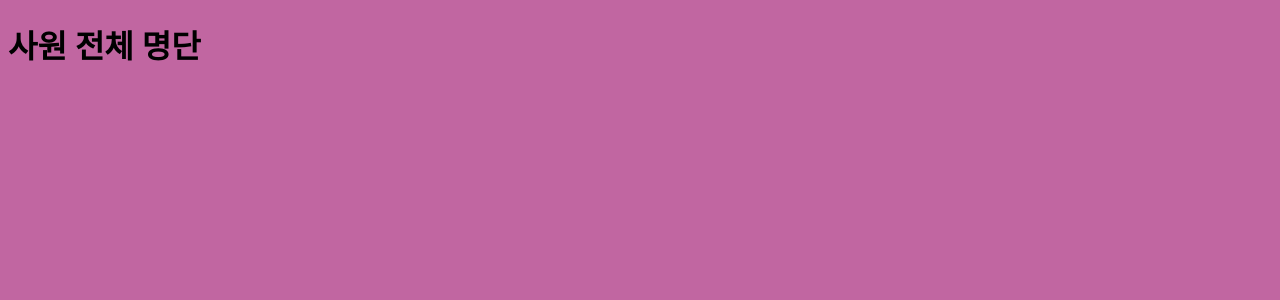
Repository: violetaplum/eclipseJSP
Page: http://localhost/JSP/jsp_DB/db_test.jsp
These files come from the project's save history. The page is drawn as it stood at one moment and after the next save; the edit follows.
The browser window is 1280 px wide. The pictures show the whole page.
The page is served by Tomcat 9. Queries for data that is not in the repository find no rows.

Above is the page before, as saved 2019-06-11 11:11:57.

After the next save:
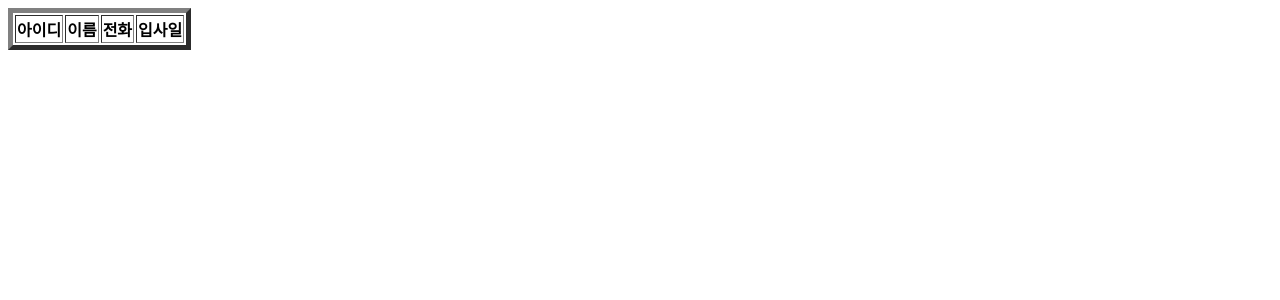
Saved 94 s later.
--- a/JSP/WebContent/jsp_DB/db_test.jsp
+++ b/JSP/WebContent/jsp_DB/db_test.jsp
@@ -1,60 +1,47 @@
+<%@page import="java.sql.Statement"%>
+<%@page import="java.sql.ResultSet"%>
+<%@page import="java.sql.Connection"%>
+<%@page import="java.sql.DriverManager"%>
 <%@ page language="java" contentType="text/html; charset=UTF-8"
     pageEncoding="UTF-8"%>
-<%@ page import="java.sql.Connection"%>
-<%@ page import="java.sql.DriverManager"%>
-<%@ page import="java.sql.ResultSet"%>
-<%@ page import="java.sql.Statement"%>
-
 <!DOCTYPE html>
 <html>
 <head>
-<meta http-equiv="Content-Type" content="text/html; charset=UTF-8">
-  <style>
-  body
-  {
-    background: #c166a1;
-    align:center;
-  }
-  </style>
+<meta http-equiv="Content-Type" charset="UTF-8">
+<title>Insert title here</title>
+<style>
+body{
+text-align:center;
+}
+
+</style>
 </head>
 <body>
-  <%
-  // CRUD ------> R
-    Class.forName("oracle.jdbc.driver.OracleDriver"); //드라이버 로딩
-    String url="jdbc:oracle:thin:@localhost:1521:xe";
-    String user = "hr";
-    String password = "hr";
-    Connection conn = DriverManager.getConnection(url,user,password); //stmt객체:문장관렬객체
-    Statement stmt1 = conn.createStatement();//접속객체=문장객체
+<%
+Class.forName("oracle.jdbc.driver.OracleDriver");//드라이버 로딩
+Connection con1=DriverManager.getConnection("jdbc:oracle:thin:@localhost:1521:xe","hr","hr");//접속객체 명
+Statement stmt1=con1.createStatement();//stmt1객체: 문장관련객체, 	접속객체=문장객체
+ResultSet rs1;
 
-    //select* from employees; //employees 테이블의 모든 칼럼 내용을 보여줘
-    //sql언어
-    ResultSet rs1=null;
-  %>
 
-    <h1>사원 전체 명단</h1>
-    <h2>
+%>
 
-  <%
-  String sqlstr1 = "select * from teltable5";
-  //String sqlstr1 = "select* from TelTable5 where id=1";
-  rs1 = stmt1.executeQuery(sqlstr1);
-  while(rs1.next())
-  {
-    %>
+<table border=5>
+<tr><th>아이디</th><th>이름</th><th>전화</th><th>입사일</th></tr>
+<%
+String sqlstr1="select * from TelTable5 order by id";
+rs1=stmt1.executeQuery(sqlstr1);
+while(rs1.next()){
+%>
+<tr>
+<td><%=rs1.getInt("id") %></td>
 
-        <%=rs1.getInt("id")%>
+<td><%=rs1.getString("name") %></td>
+<td><%=rs1.getString("tel") %></td>
+<td><%=rs1.getDate("d") %></td>
+</tr>
+<%} %>
 
-        <%=rs1.getString("name")%>
-
-        <%=rs1.getString("tel")%>
-
-        <%=rs1.getDate("d")%>
-
-  <%
-  }
-  %>
-
-  </h2>
+</table>
 </body>
 </html>

After the 2 saves that followed:
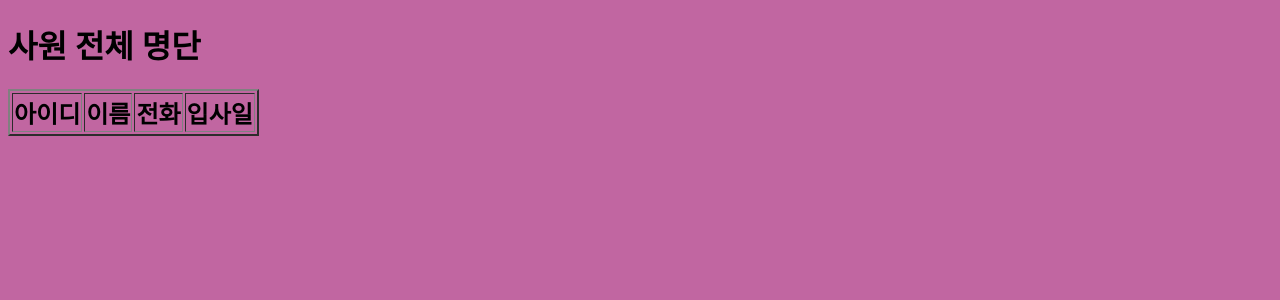
The 2 saves are shown as one change because 1 left the picture as it was.
The last was saved 92 s later.
--- a/JSP/WebContent/jsp_DB/db_test.jsp
+++ b/JSP/WebContent/jsp_DB/db_test.jsp
@@ -1,47 +1,74 @@
-<%@page import="java.sql.Statement"%>
-<%@page import="java.sql.ResultSet"%>
-<%@page import="java.sql.Connection"%>
-<%@page import="java.sql.DriverManager"%>
 <%@ page language="java" contentType="text/html; charset=UTF-8"
     pageEncoding="UTF-8"%>
+<%@ page import="java.sql.Connection"%>
+<%@ page import="java.sql.DriverManager"%>
+<%@ page import="java.sql.ResultSet"%>
+<%@ page import="java.sql.Statement"%>
+
 <!DOCTYPE html>
 <html>
 <head>
-<meta http-equiv="Content-Type" charset="UTF-8">
-<title>Insert title here</title>
-<style>
-body{
-text-align:center;
-}
-
-</style>
+<meta http-equiv="Content-Type" content="text/html; charset=UTF-8">
+  <style>
+  body
+  {
+    background: #c166a1;
+    align:center;
+  }
+  </style>
 </head>
 <body>
-<%
-Class.forName("oracle.jdbc.driver.OracleDriver");//드라이버 로딩
-Connection con1=DriverManager.getConnection("jdbc:oracle:thin:@localhost:1521:xe","hr","hr");//접속객체 명
-Statement stmt1=con1.createStatement();//stmt1객체: 문장관련객체, 	접속객체=문장객체
-ResultSet rs1;
+  <%
+  // CRUD ------> R
+    Class.forName("oracle.jdbc.driver.OracleDriver"); //드라이버 로딩
+    String url="jdbc:oracle:thin:@localhost:1521:xe";
+    String user = "hr";
+    String password = "hr";
+    Connection conn = DriverManager.getConnection(url,user,password); //stmt객체:문장관렬객체
+    Statement stmt1 = conn.createStatement();//접속객체=문장객체
 
+    //select* from employees; //employees 테이블의 모든 칼럼 내용을 보여줘
+    //sql언어
+    ResultSet rs1=null;
+  %>
 
-%>
+    <h1>사원 전체 명단</h1>
+    <h2>
+<table border=2>
+  <tr>
+    <th>
+      아이디
+    </th>
+    <th>
+      이름
+    </th>
+    <th>
+      전화
+    </th>
+    <th>
+      입사일
+    </th>
+  </tr>
+  <%
+  String sqlstr1 = "select * from teltable5";
+  //String sqlstr1 = "select* from TelTable5 where id=1";
+  rs1 = stmt1.executeQuery(sqlstr1);
+  while(rs1.next())
+  {
+    %>
 
-<table border=5>
-<tr><th>아이디</th><th>이름</th><th>전화</th><th>입사일</th></tr>
-<%
-String sqlstr1="select * from TelTable5 order by id";
-rs1=stmt1.executeQuery(sqlstr1);
-while(rs1.next()){
-%>
-<tr>
-<td><%=rs1.getInt("id") %></td>
+        <%=rs1.getInt("id")%>
 
-<td><%=rs1.getString("name") %></td>
-<td><%=rs1.getString("tel") %></td>
-<td><%=rs1.getDate("d") %></td>
-</tr>
-<%} %>
+        <%=rs1.getString("name")%>
 
-</table>
+        <%=rs1.getString("tel")%>
+
+        <%=rs1.getDate("d")%>
+
+  <%
+  }
+  %>
+
+  </h2>
 </body>
 </html>
